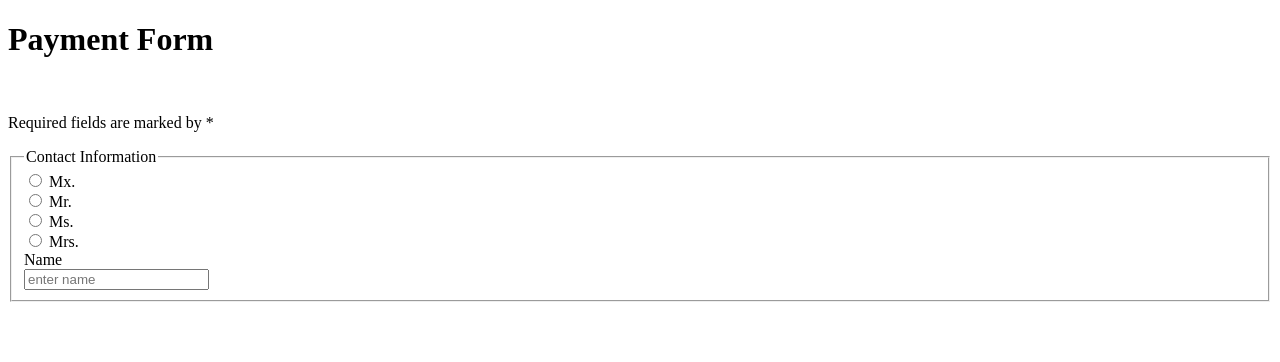
Repository: 10-2-pursuit/lab-intro-to-forms
Page: index.html
The author's editor kept a copy of each file at every save. The page is drawn from the files as they stood at one save, then again after a run of saves.
The browser window is 1280 px wide. The pictures show the whole page.

Above is the page before, as saved 2023-06-13 21:31:49.

### index.html
<!DOCTYPE html>
<html lang="en">
<head>
    <meta charset="UTF-8">
    <meta name="viewport" content="width=device-width, initial-scale=1.0">
    <title>Payment Form</title>
</head>
<body>
    <h1>Payment Form</h1>
    <br>
    <p>Required fields are marked by *</p>
    <form action="#" method="post">
        <fieldset>
            <legend>Contact Information</legend>
            <input type="radio" name="prefixMx." id="prefixMx." >
           <label for="Mx.">Mx.</label>
           <br>
           <input type="radio" name="prefix" id="prefixMr.">
           <label for="Mr.">Mr.</label>
           <br>
           <input type="radio" name="prefixMs." id="prefixMs." >
           <label for="Ms.">Ms.</label>
           <br>
           <input type="radio" name="prefixMrs." id="prefixMrs.">
           <label for="Mrs.">Mrs.</label>
            <br>
           <label for="name">Name</label>
           <br>
           <input type="text" name="name" id="Name" placeholder="enter name" required>




        </fieldset>
    </form>


</body>
</html>

After the next 2 saves:
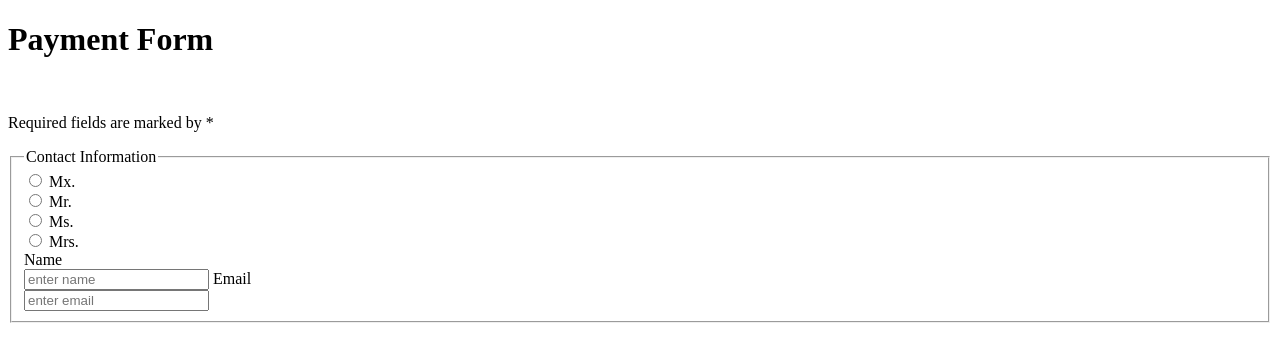
The 2 saves are shown as one change because they came seconds apart.
The last was saved 15 s later.
--- a/index.html
+++ b/index.html
@@ -27,7 +27,8 @@
            <label for="name">Name</label>
            <br>
            <input type="text" name="name" id="Name" placeholder="enter name" required>
-
+           <label for="email">Email</label><br>
+           <input type="email" name="email" id="Email" placeholder="enter email" required>
 
 
 
